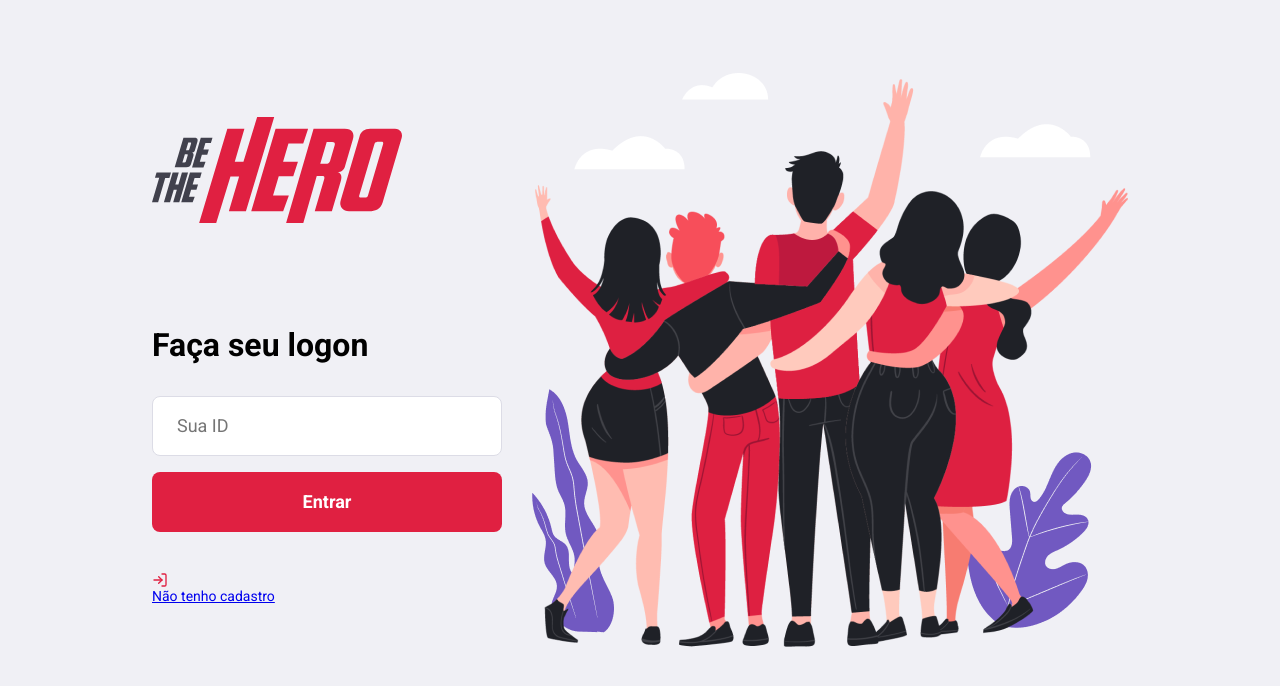
Repository: pedroevangelista/be-the-hero
Page: / (app in frontend/)
An editor plug-in stored every save of this project. The page is shown before and after the next save, followed by the edit.
The browser window is 1280 px wide. The pictures show the whole page.
The project was rebuilt for these pictures with package versions that can differ from the ones it lists, and the page was loaded fresh each time. Also part of the build but not shown: frontend/src/pages/Register/styles.css, frontend/src/pages/Register/index.js.

Above is the page before, as saved 2020-03-25 14:08:44.

### frontend/src/App.js
import React from 'react';
import './global.css'
import Routes from './routes';

function App() {

  return (
    <Routes />
  );
}

export default App;

### frontend/src/global.css
@import url('https://fonts.googleapis.com/css?family=Roboto:400,500,700&display=swap');

* {
    margin: 0;
    padding: 0;
    outline: 0;
    box-sizing: border-box;
}

body {
    font: 400 14px Roboto, sans-serif;
    background: #f0f0f5;
    -webkit-font-smoothing: antialiased;
}

input, button, textarea {
    font: 400 18px Roboto, sans-serif;
}

button {
    cursor: pointer
}

form input {
    width: 100%;
    height: 60px;
    color: #333;
    border: 1px solid #dcdce6;
    border-radius: 8px;
    padding: 0 24px;
}

.button {
    width: 100%;
    height: 60px;
    background: #e02041;
    border: 0;
    border-radius: 8px;
    color: #FFF;
    font-weight: 700;
    margin-top: 16px;
    display: inline-block;
    text-align: center;
    text-decoration: none;
    font-size: 18px;
    line-height: 60px;
    transition: filter 0.2s;
}

.button:hover {
    filter: brightness(90%);
}

.back-link {
    display: flex;
    align-items: center;
    margin-top: 40px;
    color: #41414d;
    font-size: 18px;
    text-decoration: none;
    font-weight: 500;
    transition: opacity 0.2s;
}

.back-link svg {
    margin-right: 8px;
}

.back-link a {
    opacity: 0.8;
}

### frontend/src/routes.js
import React from 'react';
import { BrowserRouter, Route, Switch } from 'react-router-dom';

import Logon from './pages/Logon';
import Register from './pages/Register';

export default function Routes() {
    return (
        <BrowserRouter>
            <Switch>
                <Route path="/" exact component={Logon}></Route>
                <Route path="/register" component={Register}></Route>
            </Switch>
        </BrowserRouter>
    );
}

### frontend/src/pages/Logon/index.js
import React from 'react';
import { Link } from 'react-router-dom';
import { FiLogIn } from 'react-icons/fi';
import './styles.css';
import logoImg from '../../assets/logo.svg';
import heroesImg from '../../assets/heroes.png';

export default function Logon() {

    return (
        <div className="logon-container">
            <section className="form">
                <img src={logoImg} alt="Be The Hero"></img>

                <form>
                    <h1>Faça seu logon</h1>

                    <input placeholder="Sua ID" />
                    <button className="button" type="submit">Entrar</button>

                    <Link to="/register">
                        <FiLogIn className="back-link" size="16" color="#e02041" />
                        Não tenho cadastro
                    </Link>
                </form>
            </section>

            <img src={heroesImg} alt="Heroes"></img>
        </div>
    );

}

### frontend/src/pages/Logon/styles.css
.logon-container {
    width: 100%;
    max-width: 1120px;
    height: 100vh;
    margin: 0 auto;
    display: flex;
    align-items: center;
    justify-content: center;
}

.logon-container section.form {
    width: 100%;
    max-width: 350px;
    margin-right: 30px;
}

.logon-container section.form form {
    margin-top: 100px;
}

.logon-container section.form form h1 {
    font-size: 32px;
    margin-bottom: 32px;
}

Loaded but not shown: frontend/public/index.html (common file); frontend/src/index.js (common file)

After the next save:
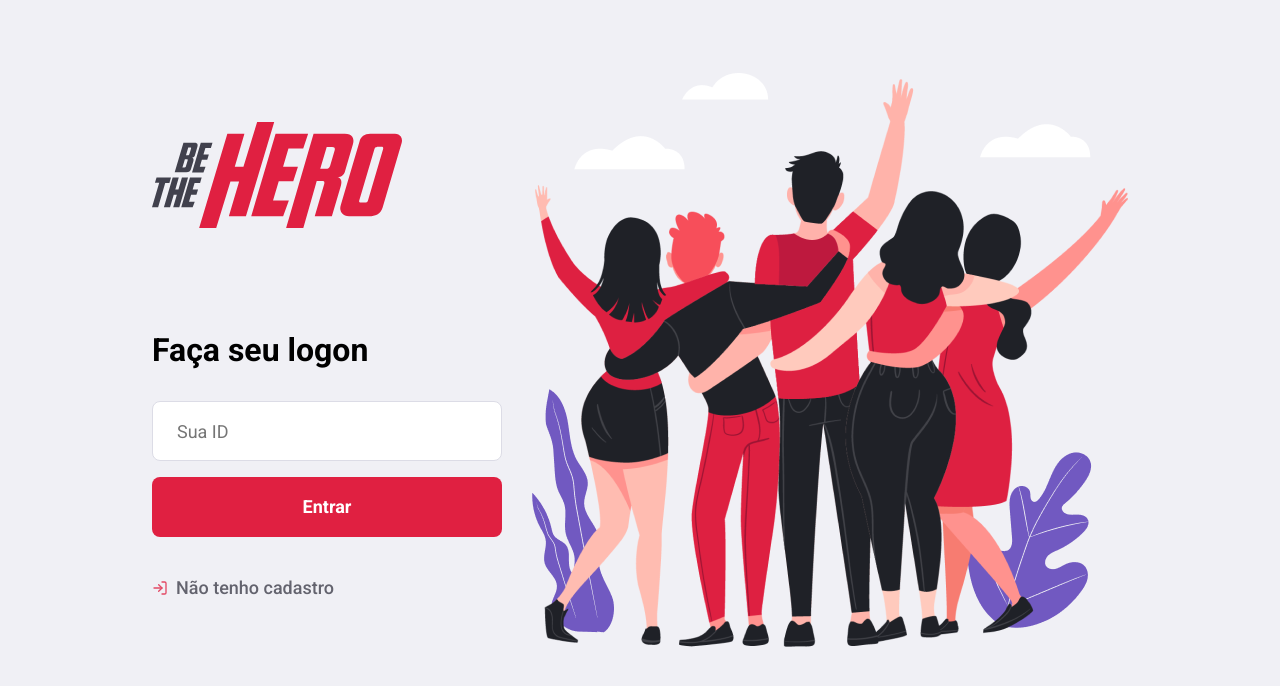
Saved 16 s later.
--- a/frontend/src/global.css
+++ b/frontend/src/global.css
@@ -51,7 +51,7 @@
     filter: brightness(90%);
 }
 
-.back-link {
+.logon-container section.form form a {
     display: flex;
     align-items: center;
     margin-top: 40px;
@@ -62,10 +62,10 @@
     transition: opacity 0.2s;
 }
 
-.back-link svg {
+.logon-container section.form form svg {
     margin-right: 8px;
 }
 
-.back-link a {
+.logon-container section.form form a {
     opacity: 0.8;
 }

After the save that followed:
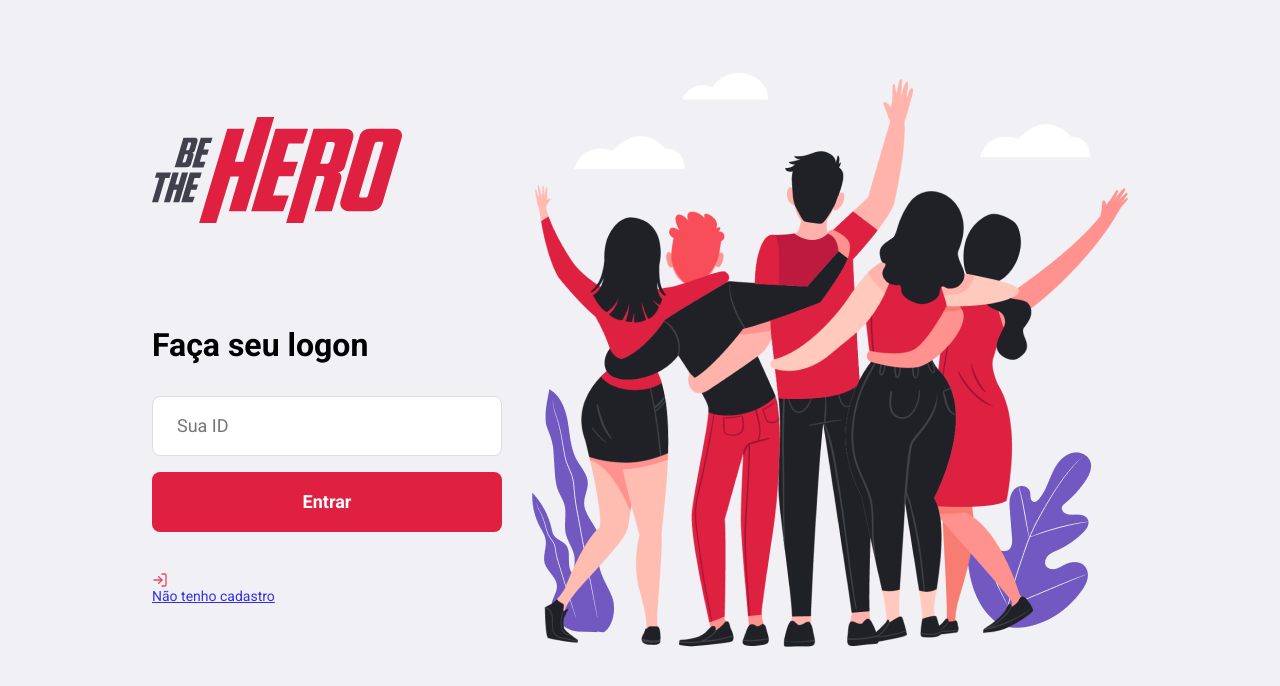
Saved 53 s later.
--- a/frontend/src/global.css
+++ b/frontend/src/global.css
@@ -51,7 +51,7 @@
     filter: brightness(90%);
 }
 
-.logon-container section.form form a {
+.back-link {
     display: flex;
     align-items: center;
     margin-top: 40px;
